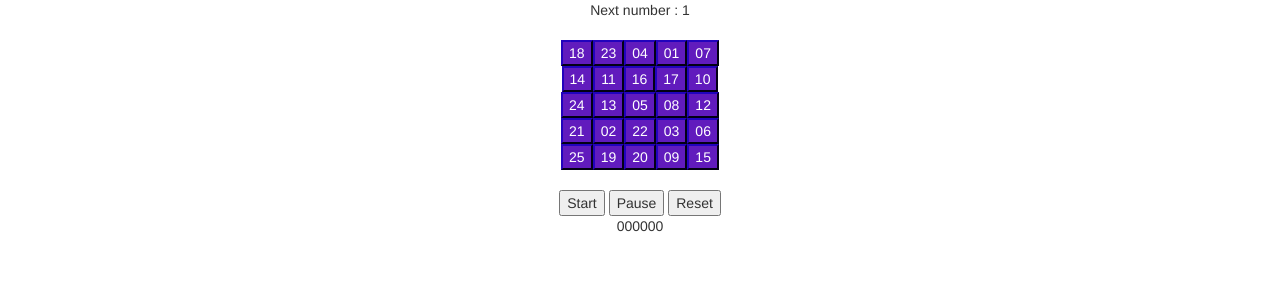
Repository: mikelily/lab
Page: oneTo25/game.2.1.html
The author's editor kept a record of every edit. The page is drawn from the files as they stood at one moment, then again after the next edit.
The browser window is 1280 px wide. The pictures show the whole page.

Above is the page before.
Console error: TypeError: Cannot set properties of null (setting 'onclick')
Not found: oneTo25/css/stopwatch.css

### oneTo25/game.2.1.html
<!DOCTYPE html>
<html>
    <head>
        <meta charset="UTF-8">
        <title>1 - 25</title>

        <meta name="viewport" content="width=device-width, initial-scale=1">
        <link href="css/bootstrap.min.css" rel="stylesheet">
        <link href="css/bootstrap-button.css" rel="stylesheet">
        <link rel="stylesheet" href="css/stopwatch.css">

        <link href="css/style_ok.css" rel="stylesheet">
        <script type="text/javascript" src="js/jquery.js"></script>

        <script>

            var oneTo25 = [];
            // var oneTo25Random = [];
            for (var i=0;i<25;i++){
                if(i<9){
                    oneTo25[i] = "0"+(i+1);
                }else
                    oneTo25[i] = i+1;
            }

            $(document).ready(function () {
                placeBtn();
                //startTimer();
            });

            $(".num25").each(function (key, obj) {
                $(obj).data("num25", oneTo25[key]);
            })

            function placeBtn(){
                $("#nextN").text(nextNum);

                var html = "";
                var brNow = 0;
                random25();
                for (i = 0 ; i < 25 ; i++){
                    if(brNow==5){
                        html += "<br>";
                        brNow =0;
                    }
                    html += '<button type="button" name="btn'+oneTo25[i]+'" id="btn'+
                    oneTo25[i]+'"class="num25 btn-num" data-num25="btn'+oneTo25[i]+
                    '" onclick="btnClick('+oneTo25[i]+')">'+oneTo25[i]+' </button>';
                    brNow++;
                }
                $("#container").html(html);

            }
        </script>
    </head>
    <body>
        <center>
            <!--<div> -->
            <!--    <text>Timer : </text>-->
            <!--    <text id="timerS"></text><br>-->
            <!--</div>-->

            <!--<canvas id="canvas" width=300 height=300></canvas>-->
            <div>
                <text>Next number : </text>
                <text id="nextN"></text>
            </div>
            <br>
            <div id="container"></div><br>
            <!--<div>-->
            <!--    <button onclick="btnTest()">test</button>-->
            <!--</div>-->
            <div class="stopwatch">
                <div class="controls">
                    <button id ="startBtn" class="start">Start</button>
                    <button id ="pauseBtn" class="stop">Pause</button>
                    <button class="reset">Reset</button>
                </div>
                <div class="display">
                    <span class="minutes">00</span><span class="seconds">00</span><span class="centiseconds">00</span>
                </div>
            </div>
            <script type="text/javascript" src="js/stopwatch.js"></script>
            <script>
            $("#startBtn").click(function(){
                placeBtn();
                $( "#container" ).slideDown( "slow" );
            });
            $("#pauseBtn").click(function(){
                placeBtn();
                $( "#container" ).slideUp( "slow" );
            });


            function btnTest(){
                placeBtn();   //new game
                //startTimer();

            }

            function btnTest(){
                placeBtn();   //new game
                //startTimer();

            }

            var nextNum = 1;
            var rightNum = -1;

            function btnClick(i){
                console.log(i);
                if(nextNum == i){
                    nextNum++;  //if nextNum == 26 -> End Game
                    if (nextNum == 26){
                        nextNum = 1;
                        //endGame
                    }


                    $("#nextN").text(nextNum);

                    if(i<10){
                        $("#btn0"+i).prop('disabled', true);
                        $("#btn0"+i).removeClass("btn-num");
                        $("#btn0"+i).addClass("btn-numC");
                    }else{
                        $("#btn"+i).prop('disabled', true);
                        $("#btn"+i).removeClass("btn-num");
                        $("#btn"+i).addClass("btn-numC");
                    }
                }


                //console.log(i);
            }

            function random25(){
                for(var i=0;i<50;i++){  //打亂50次
                    var twoNum = getRandomArray(0,24,2);
                    var j = twoNum[0];
                    var k = twoNum[1];
                    var temp = "";
                    temp = oneTo25[j];
                    oneTo25[j] = oneTo25[k];
                    oneTo25[k] = temp;
                    //console.log("第"+(i+1)+"次：change "+j+" , "+k);

                }
            }

            // =========Timer Code 1=========
            // var canvas=document.getElementById("canvas");
            // var ctx=canvas.getContext("2d");
            // var cw=canvas.width;
            // var ch=canvas.height;


            // var timers=[];
            // timers.push({delay:50,nextFireTime:0,doFunction:doTimers,counter:0});
            // timers.push({delay:1000,nextFireTime:0,doFunction:doTimers,counter:0});
            // timers.push({delay:5000,nextFireTime:0,doFunction:doTimers,counter:0});

            // requestAnimationFrame(timerLoop);

            // function timerLoop(currentTime){
            //   requestAnimationFrame(timerLoop);

            //   for(var i=0;i<timers.length;i++){
            //     if(currentTime>timers[i].nextFireTime){
            //       var t=timers[i];
            //       t.nextFireTime=currentTime+t.delay;
            //       t.doFunction(t,i);
            //     }
            //   }

            // }

            // function doTimers(t,i){
            //   ctx.clearRect(0,100+i*20-20,cw,20);
            //   ctx.fillText('Timer#'+i+' with '+t.delay+'ms delay has fired '+(++t.counter)+' times.',20,100+20*i);
            // }
            // =========Timer Code 1=========


            function getRandom(minNum, maxNum) {	//取得 minNum(最小值) ~ maxNum(最大值) 之間的亂數
            	return Math.floor( Math.random() * (maxNum - minNum + 1) ) + minNum;
            }

            function getRandomArray(minNum, maxNum, n) {	//隨機產生不重覆的n個數字
            	var rdmArray = [n];		//儲存產生的陣列

            	for(var i=0; i<n; i++) {
            		var rdm = 0;		//暫存的亂數

            		do {
            			var exist = false;			//此亂數是否已存在
            			rdm = getRandom(minNum, maxNum);	//取得亂數

            			//檢查亂數是否存在於陣列中，若存在則繼續回圈
            			if(rdmArray.indexOf(rdm) != -1) exist = true;

            		} while (exist);	//產生沒出現過的亂數時離開迴圈

            		rdmArray[i] = rdm;
            	}
            	return rdmArray;
            }
            </script>
        </center>
    </body>
</html>

### oneTo25/css/bootstrap-button.css
.btn-num {
  color: #ffffff;
  background-color: #611BBD;
  border-color: #130269;
  /*size: 20;*/
}

.btn-num:hover,
.btn-num:focus,
.btn-num:active,
.btn-num.active,
.open .dropdown-toggle.btn-num {
  color: #ffffff;
  background-color: #49247A;
  border-color: #130269;
}

.btn-num:active,
.btn-num.active,
.open .dropdown-toggle.btn-num {
  background-image: none;
}

.btn-num.disabled,
.btn-num[disabled],
fieldset[disabled] .btn-num,
.btn-num.disabled:hover,
.btn-num[disabled]:hover,
fieldset[disabled] .btn-num:hover,
.btn-num.disabled:focus,
.btn-num[disabled]:focus,
fieldset[disabled] .btn-num:focus,
.btn-num.disabled:active,
.btn-num[disabled]:active,
fieldset[disabled] .btn-num:active,
.btn-num.disabled.active,
.btn-num[disabled].active,
fieldset[disabled] .btn-num.active {
  background-color: #611BBD;
  border-color: #130269;
}

.btn-num .badge {
  color: #611BBD;
  background-color: #ffffff;
}

/*=============================*/

.btn-numC {
  color: #ffffff;
  background-color: #E8E1F2;
  border-color: #F3F2FA;
}

.btn-numC:hover,
.btn-numC:focus,
.btn-numC:active,
.btn-numC.active,
.open .dropdown-toggle.btn-numC {
  color: #ffffff;
  background-color: #F0EAF7;
  border-color: #F3F2FA;
}

.btn-numC:active,
.btn-numC.active,
.open .dropdown-toggle.btn-numC {
  background-image: none;
}

.btn-numC.disabled,
.btn-numC[disabled],
fieldset[disabled] .btn-numC,
.btn-numC.disabled:hover,
.btn-numC[disabled]:hover,
fieldset[disabled] .btn-numC:hover,
.btn-numC.disabled:focus,
.btn-numC[disabled]:focus,
fieldset[disabled] .btn-numC:focus,
.btn-numC.disabled:active,
.btn-numC[disabled]:active,
fieldset[disabled] .btn-numC:active,
.btn-numC.disabled.active,
.btn-numC[disabled].active,
fieldset[disabled] .btn-numC.active {
  background-color: #E8E1F2;
  border-color: #F3F2FA;
}

.btn-numC .badge {
  color: #E8E1F2;
  background-color: #ffffff;
}

### oneTo25/css/style_ok.css
/* Base styles (regardless of theme) */
.bs-callout {
    margin: 20px 0;
    padding: 15px 30px 15px 15px;
    border-left: 5px solid #eee;
}

.bs-callout h4 {
    margin-top: 0;
}

.bs-callout p:last-child {
    margin-bottom: 0;
}

.bs-callout code,
.bs-callout .highlight {
    background-color: #fff;
}

/* Themes for different contexts */
.bs-callout-danger {
    background-color: #fcf2f2;
    border-color: #dFb5b4;
}

.bs-callout-warning {
    background-color: #fefbed;
    border-color: #f1e7bc;
}

.bs-callout-info {
    background-color: #f0f7fd;
    border-color: #d0e3f0;
}

.bs-callout-danger h4,
.bs-callout-danger a.alert-link {
    color: #B94A48;
}

.bs-callout-warning h4,
.bs-callout-warning a.alert-link {
    color: #C09853;
}

.bs-callout-info h4,
.bs-callout-info a.alert-link {
    color: #3A87AD;
}

.bs-callout a.alert-link {
    font-weight: bold;
}

### oneTo25/js/stopwatch.js
var ss = document.getElementsByClassName('stopwatch');

[].forEach.call(ss, function (s) {
    var currentTimer = 0,
        interval = 0,
        lastUpdateTime = new Date().getTime(),
        start = s.querySelector('button.start'),
        stop = s.querySelector('button.stop'),
        reset = s.querySelector('button.reset'),
        mins = s.querySelector('span.minutes'),
        secs = s.querySelector('span.seconds'),
        cents = s.querySelector('span.centiseconds');
// mikelily Add
// $("#btn25").click(stopTimer());
var endBtn = document.getElementById("btn25");
endBtn.onclick = "endGame()";
function endGame() {
    stopTimer();
}

    start.addEventListener('click', startTimer);
    stop.addEventListener('click', stopTimer);
    reset.addEventListener('click', resetTimer);

    function pad (n) {
        return ('00' + n).substr(-2);
    }

    function update () {
        var now = new Date().getTime(),
            dt = now - lastUpdateTime;

        currentTimer += dt;

        var time = new Date(currentTimer);

        mins.innerHTML = pad(time.getMinutes());
        secs.innerHTML = pad(time.getSeconds());
        cents.innerHTML = pad(Math.floor(time.getMilliseconds() / 10));

        lastUpdateTime = now;
    }

    function startTimer () {
        if (!interval) {
            lastUpdateTime = new Date().getTime();
            interval = setInterval(update, 1);
        }
    }

    function stopTimer () {
        clearInterval(interval);
        interval = 0;
    }

    function resetTimer () {
        stopTimer();

        currentTimer = 0;

        mins.innerHTML = secs.innerHTML = cents.innerHTML = pad(0);
    }
});

Loaded but not shown: oneTo25/css/bootstrap.min.css (library); oneTo25/js/jquery.js (library)

After the next edit:
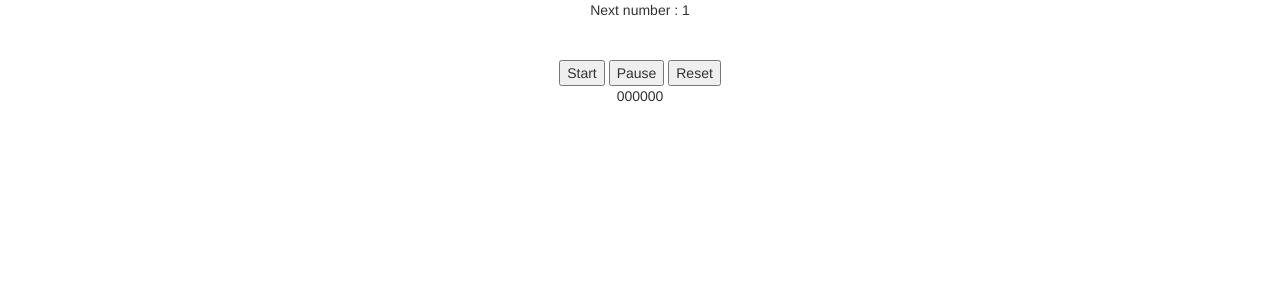
The edit:
--- a/oneTo25/game.2.1.html
+++ b/oneTo25/game.2.1.html
@@ -25,6 +25,7 @@
 
             $(document).ready(function () {
                 placeBtn();
+                $( "#container" ).slideUp( "fast" );
                 //startTimer();
             });
 
